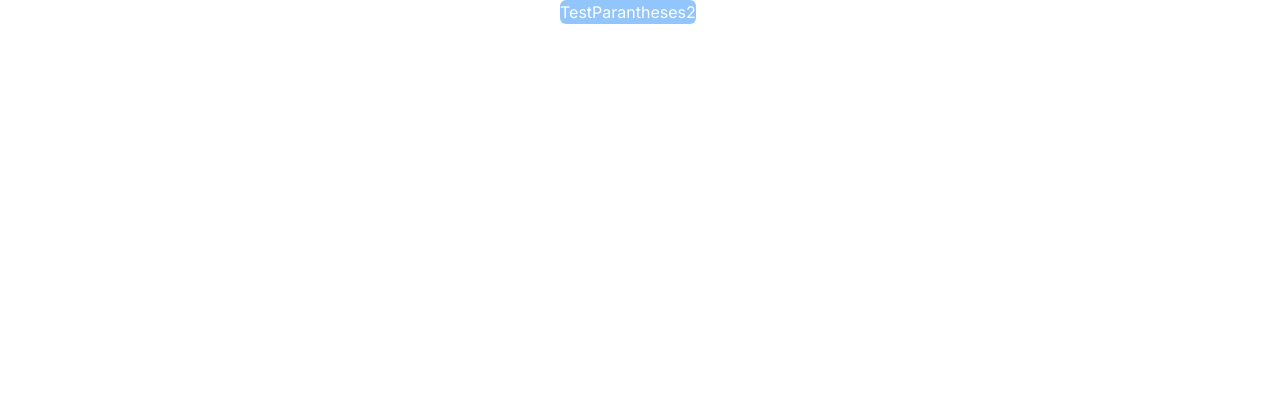
Repository: FrontendProjectsNL/next-auth-credentials-exercise
Page: /parantheses2
The author's editor kept a copy of each file at every save. The page is drawn from the files as they stood at one save, then again after the next save.
The browser window is 1280 px wide. The pictures show the whole page.
The project was rebuilt for these pictures with package versions that can differ from the ones it lists, and the page was loaded fresh each time. The framework's server and built-in components were replaced by stand-ins that run in the browser. Also part of the build but not shown: next.config.mjs.

Above is the page before, as saved 2024-07-13 13:43:15.

After the next save:
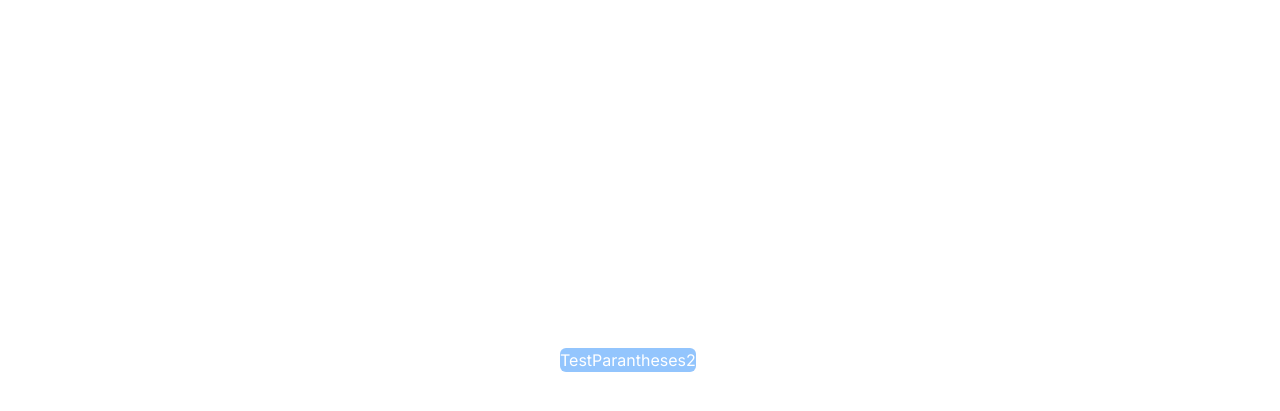
Saved 21 s later.
--- a/app/(test)/parantheses2/page.tsx
+++ b/app/(test)/parantheses2/page.tsx
@@ -10,7 +10,7 @@ const TestParantheses = () => {
   }, [val]);
 
   return (
-    <div className="flex justify-center items-center">
+    <div className="w-full h-screen flex justify-center items-center">
       <div className="w-40">
         <button
           onClick={() => setVal((prev) => !prev)}
